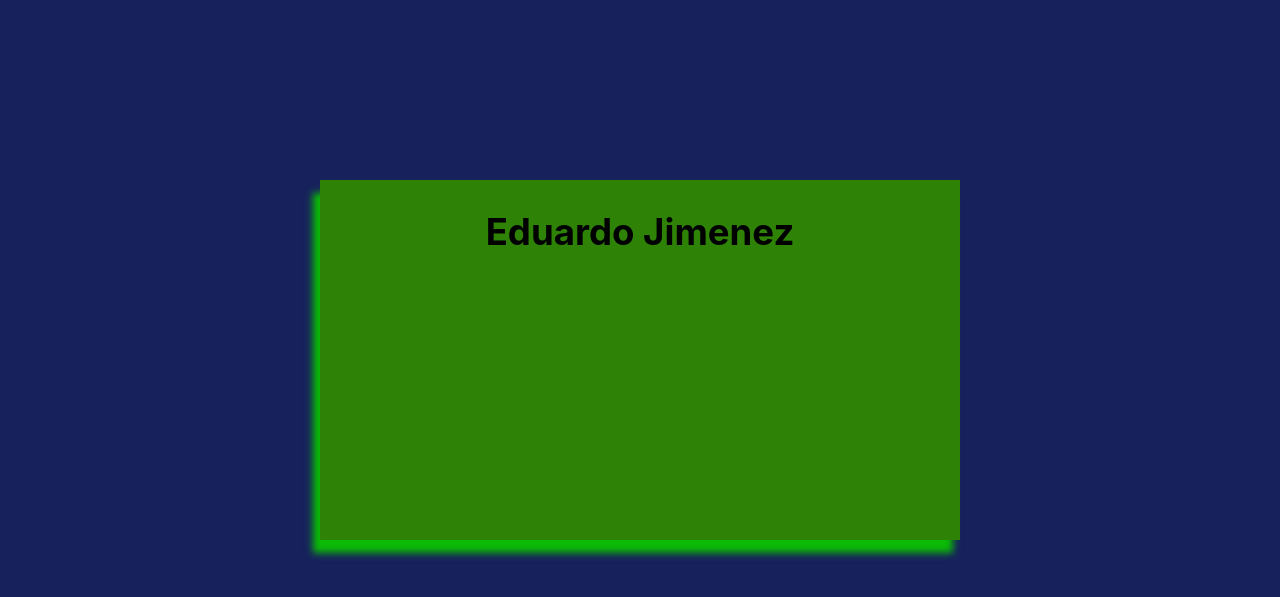
Repository: l8nightswithJS/react-my-portfolio
Page: /
These files come from the project's save history. The page is drawn as it stood at one moment and after the next save; the edit follows.
The browser window is 1280 px wide. The pictures show the whole page.
The project was rebuilt for these pictures with package versions that can differ from the ones it lists, and the page was loaded fresh each time.

Above is the page before, as saved 2021-04-22 23:58:57.

After the next save:
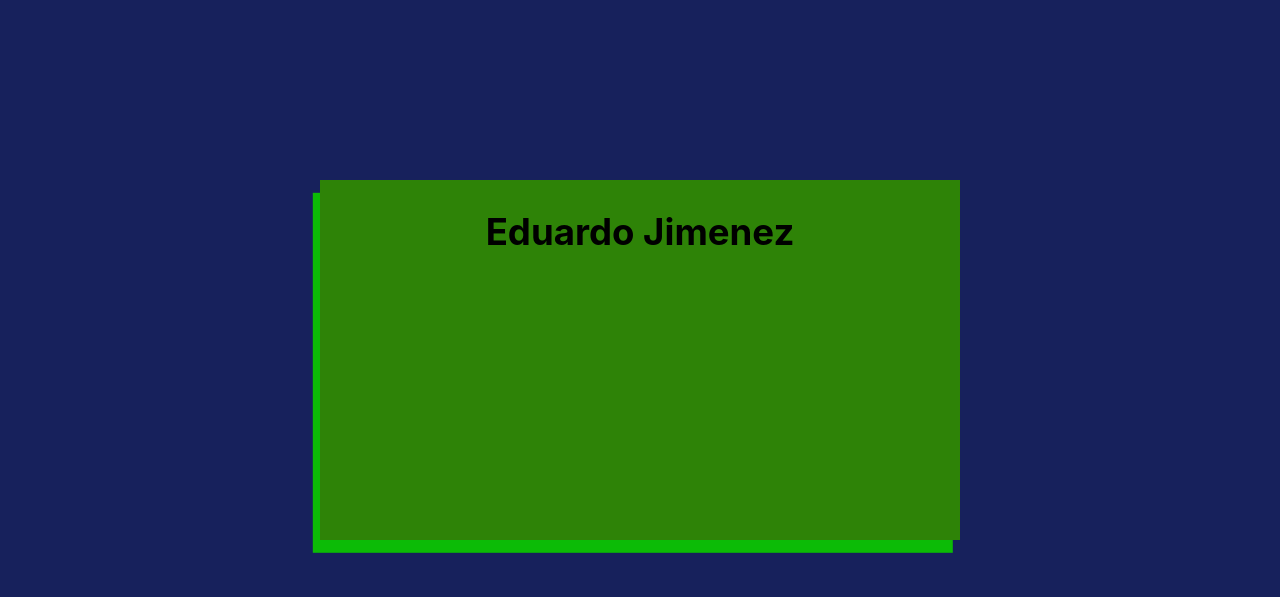
Saved 17 s later.
--- a/src/App.css
+++ b/src/App.css
@@ -17,7 +17,7 @@ section {
   margin: auto;
   font-size: calc(10px + 2vmin);
   color: white;
-  box-shadow: -1vh 1vw 1vh rgb(12, 187, 6);
+  box-shadow: -1vh 1vw rgb(12, 187, 6);
 }
 
 h1 {
